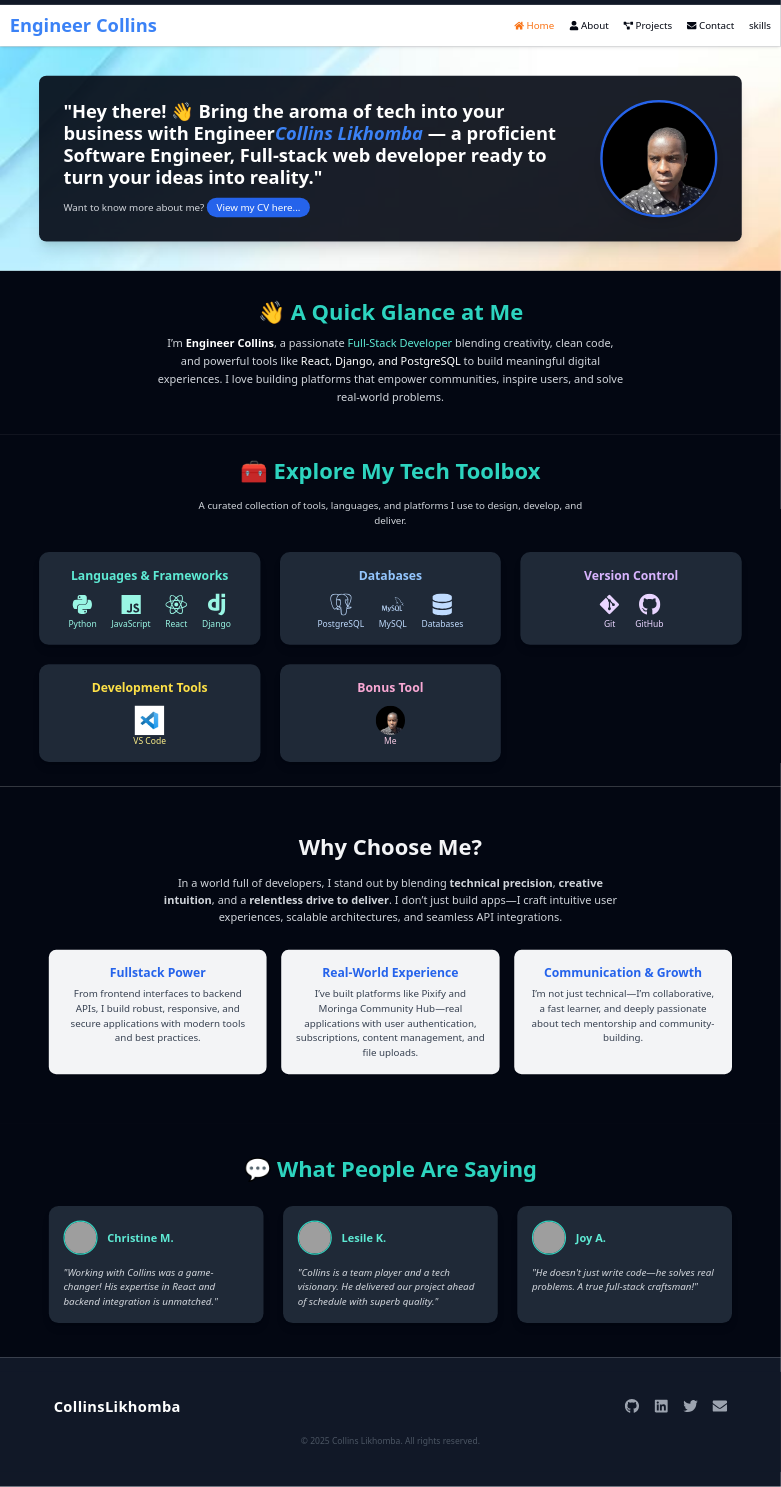
Repository: Engineer-collo/Portfolio
Page: /
These files come from the project's save history. The page is drawn as it stood at one moment and after the next save; the edit follows.
The browser window is 1280 px wide. The pictures show the whole page, at 61% of full size.
Pictures or frames that could not be fetched are drawn as grey boxes. The project was rebuilt for these pictures with package versions that can differ from the ones it lists, and the page was loaded fresh each time. Also part of the build but not shown: vite.config.js, src/pages/About.jsx, src/pages/Projects.jsx, src/pages/Contact.jsx, src/pages/Blog.jsx, src/pages/Skills.jsx.

Above is the page before, as saved 2025-06-10 18:30:39.

After the next save:
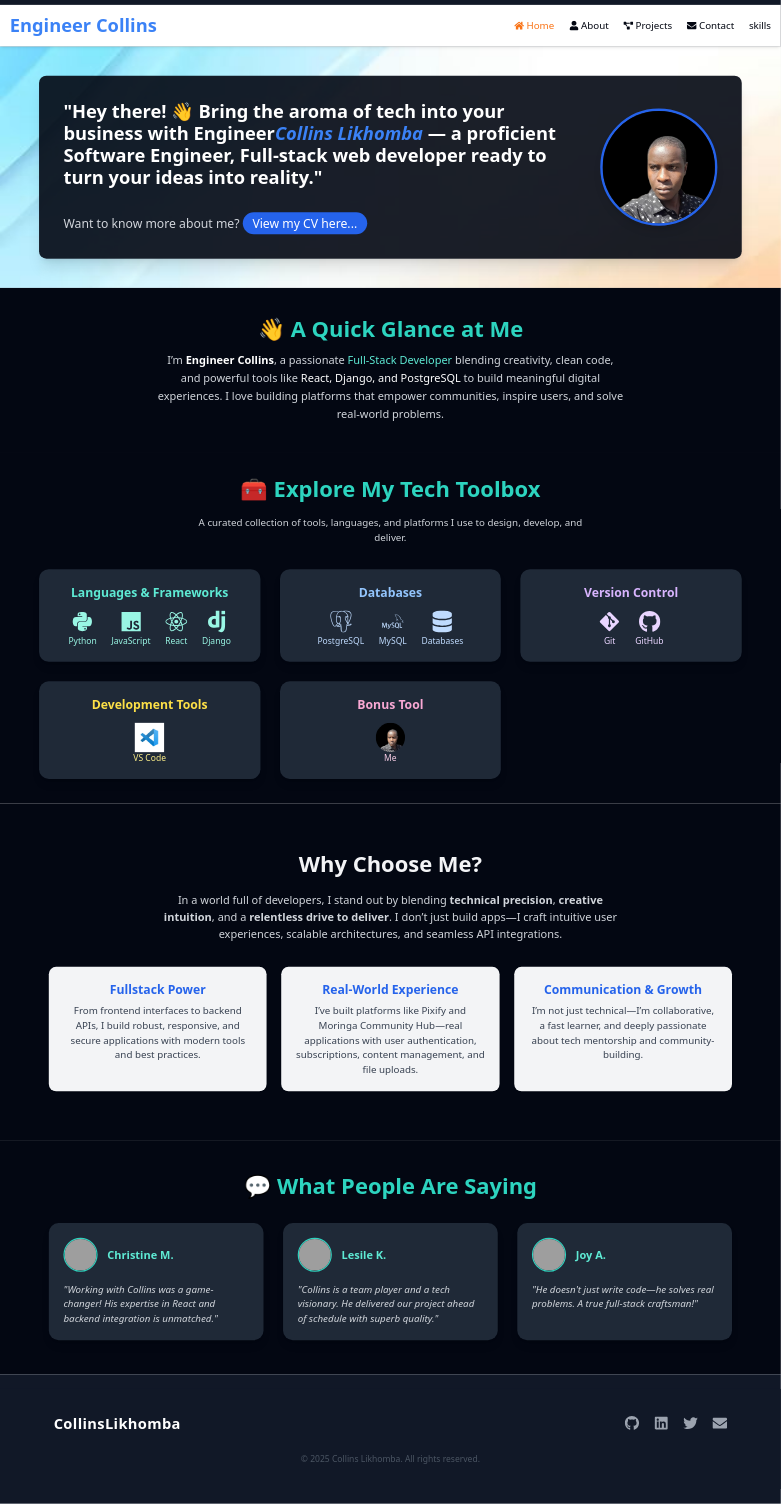
Saved 5 s later.
--- a/src/pages/HomePage.jsx
+++ b/src/pages/HomePage.jsx
@@ -37,7 +37,7 @@ const HomePage = () => {
 
 
             </h1>
-            <p className="text-pt-6  text-gray-300">
+            <p className="text-xl pt-6  text-gray-300">
               Want to know more about me?&nbsp;
               <a
                 href="https://my-cv-henna-beta.vercel.app/"
